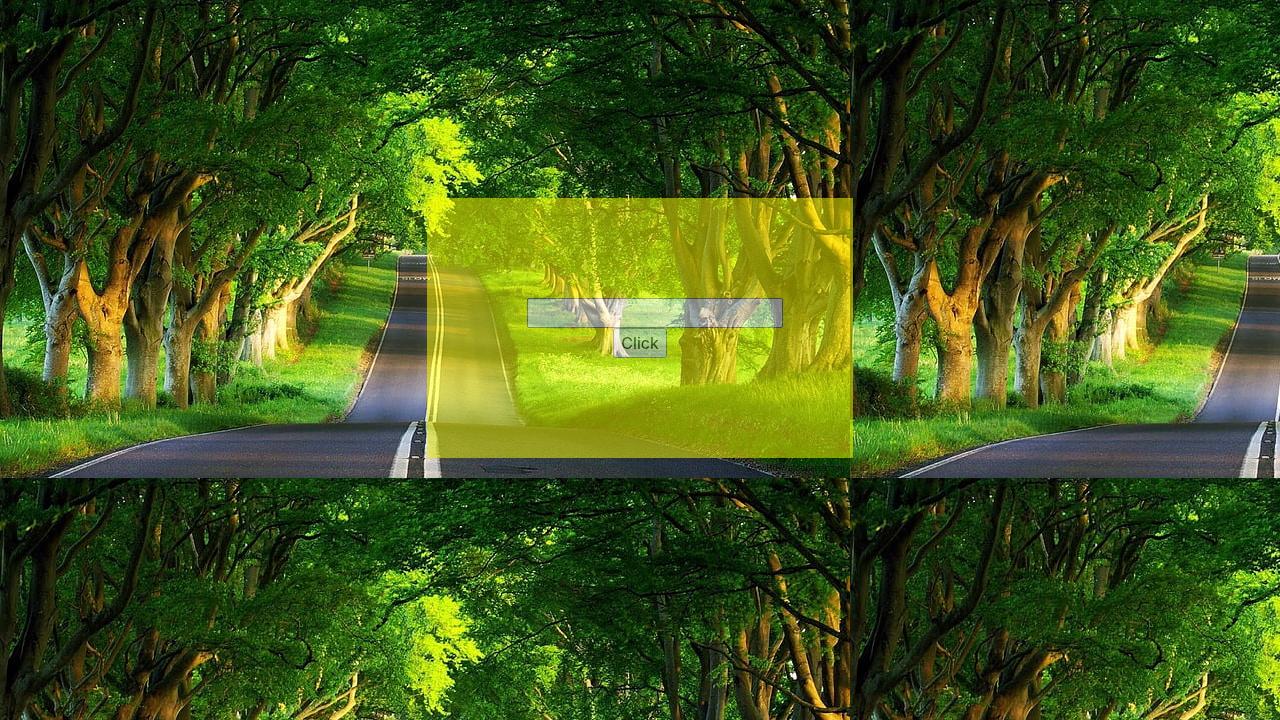
Repository: prashantkumarbind/Hospital-Weather-Concept
Page: http://localhost/weather-app/
An editor plug-in stored every save of this project. The page is shown before and after the next save, followed by the edit.
The browser window is 1280 px wide. The pictures show the whole page.
The page is served by Tomcat 9. Other server files are loaded and not shown.

Above is the page before, as saved 2024-01-19 07:20:20.

### weather-app/src/main/webapp/index.jsp
<%@ page language="java" contentType="text/html; charset=ISO-8859-1"
    pageEncoding="ISO-8859-1"%>
<!DOCTYPE html>
<html>
<head>
<meta charset="ISO-8859-1">
<meta charset="utf-8">
<meta name="viewport" content="width=device-width, initial-scale=1, shrink-to-fit=no">
<link rel="stylesheet" href="https://cdn.jsdelivr.net/npm/bootstrap@4.6.2/dist/css/bootstrap.min.css">
<title>weather app</title>
<style>
	body{
		 background-image: url("img/we3.jpg");
	}
	.controller{
		margin-top:150px;
		background-color:yellow;
		padding:100px 100px;
		opacity: 0.50;

	}
</style>
</head>
<body>

		<section class="form-top-header header-top mt-5">
			<div class="container-fluid">
				<div class="row justify-content-center">
					<div class="col-4 form controller text-center">
						<form action="FormDataController" method="Post">
							 <div class="form-design">
							 	<input type="text" name="city_name" class="">
							 	<input class="button-design" type="submit" value="Click">
							 </div>
						</form>
					</div>
				</div>
			</div>
		</section>

 <!-- <script src="https://cdn.jsdelivr.net/npm/jquery@3.5.1/dist/jquery.slim.min.js"></script>
 <script src="https://cdn.jsdelivr.net/npm/bootstrap@4.6.2/dist/js/bootstrap.bundle.min.js"></script>
 -->
</body>
</html>

After the next save:
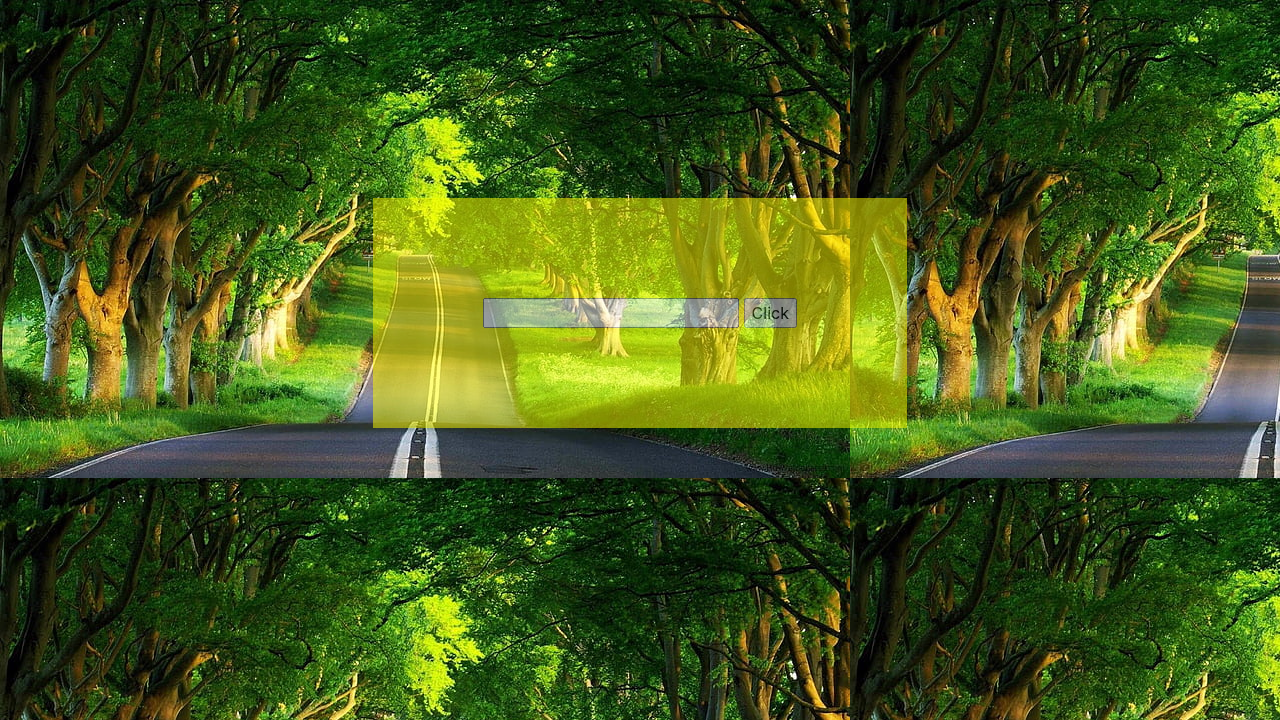
Saved 14 s later.
--- a/weather-app/src/main/webapp/index.jsp
+++ b/weather-app/src/main/webapp/index.jsp
@@ -26,7 +26,7 @@
 		<section class="form-top-header header-top mt-5">
 			<div class="container-fluid">
 				<div class="row justify-content-center">
-					<div class="col-4 form controller text-center">
+					<div class="col-5 form controller text-center">
 						<form action="FormDataController" method="Post">
 							 <div class="form-design">
 							 	<input type="text" name="city_name" class="">
